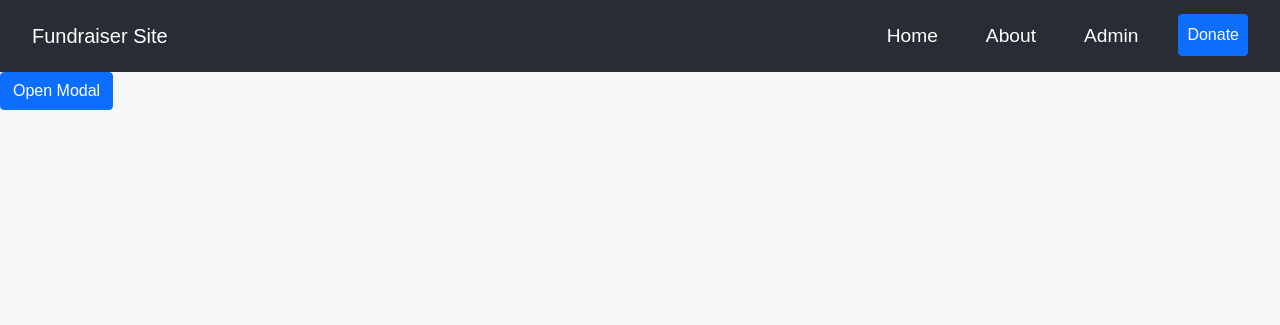
Repository: DragonFruit8/Fundraiser-Page
Page: /
An editor plug-in stored every save of this project. The page is shown before and after a run of saves, followed by the edit.
The browser window is 1280 px wide. The pictures show the whole page.
The project was rebuilt for these pictures with package versions that can differ from the ones it lists, and the page was loaded fresh each time. Also part of the build but not shown: src/pages/About.js, src/pages/Donate.js, src/pages/Admin.js.

Above is the page before, as saved 2024-07-19 14:12:54.

### public/index.html
<!DOCTYPE html>
<html lang="en">
  <head>
    <meta charset="utf-8" />
    <link rel="icon" href="%PUBLIC_URL%/favicon.ico" />
    <meta name="viewport" content="width=device-width, initial-scale=1" />
    <meta name="theme-color" content="#000000" />
    <meta
      name="description"
      content="Web site created using create-react-app"
    />
    <link rel="apple-touch-icon" href="%PUBLIC_URL%/logo192.png" />
    <link
      href="https://cdn.jsdelivr.net/npm/bootstrap@5.0.2/dist/css/bootstrap.min.css"
      rel="stylesheet"
      integrity="sha384-EVSTQN3/azprG1Anm3QDgpJLIm9Nao0Yz1ztcQTwFspd3yD65VohhpuuCOmLASjC"
      crossorigin="anonymous"
    />
    <!--
      manifest.json provides metadata used when your web app is installed on a
      user's mobile device or desktop. See https://developers.google.com/web/fundamentals/web-app-manifest/
    -->
    <link rel="manifest" href="%PUBLIC_URL%/manifest.json" />
    <!--
      Notice the use of %PUBLIC_URL% in the tags above.
      It will be replaced with the URL of the `public` folder during the build.
      Only files inside the `public` folder can be referenced from the HTML.

      Unlike "/favicon.ico" or "favicon.ico", "%PUBLIC_URL%/favicon.ico" will
      work correctly both with client-side routing and a non-root public URL.
      Learn how to configure a non-root public URL by running `npm run build`.
    -->
    <title>React App</title>
  </head>
  <body>
    <noscript>You need to enable JavaScript to run this app.</noscript>
    <div id="root"></div>
    <!--
      This HTML file is a template.
      If you open it directly in the browser, you will see an empty page.

      You can add webfonts, meta tags, or analytics to this file.
      The build step will place the bundled scripts into the <body> tag.

      To begin the development, run `npm start` or `yarn start`.
      To create a production bundle, use `npm run build` or `yarn build`.
    -->
    <script
      src="https://cdn.jsdelivr.net/npm/bootstrap@5.0.2/dist/js/bootstrap.bundle.min.js"
      integrity="sha384-MrcW6ZMFYlzcLA8Nl+NtUVF0sA7MsXsP1UyJoMp4YLEuNSfAP+JcXn/tWtIaxVXM"
      crossorigin="anonymous"
    ></script>
    <script
      src="https://cdn.jsdelivr.net/npm/@popperjs/core@2.9.2/dist/umd/popper.min.js"
      integrity="sha384-IQsoLXl5PILFhosVNubq5LC7Qb9DXgDA9i+tQ8Zj3iwWAwPtgFTxbJ8NT4GN1R8p"
      crossorigin="anonymous"
    ></script>
    <script
      src="https://cdn.jsdelivr.net/npm/bootstrap@5.0.2/dist/js/bootstrap.min.js"
      integrity="sha384-cVKIPhGWiC2Al4u+LWgxfKTRIcfu0JTxR+EQDz/bgldoEyl4H0zUF0QKbrJ0EcQF"
      crossorigin="anonymous"
    ></script>
  </body>
</html>

### src/App.js
import React from 'react';
import { BrowserRouter as Router, Route, Routes } from 'react-router-dom';
import Home from './pages/HomeContainer';
import About from './pages/About';
import Donate from './pages/Donate';
import Admin from './pages/Admin';
import GlobalStyle from './globalStyles';
import Navbar from './components/Navbar';
import './App.css';

const App = () => {
  return (
    <Router>
      <GlobalStyle />
        <Navbar />
      <Routes>
          <Route exact path="/" element={<Home />} />
          <Route path="/about" element={<About />} />
          <Route path="/donate" element={<Donate />} />
          <Route path="/admin" element={<Admin />} />
      </Routes>
    </Router>
  );
};

export default App;

### src/pages/HomeContainer.js

import React, { useState } from 'react';


const HomeContainer = () => {
    const [residentialInfo, setResidentialInfo] = useState({
        name: '',
        email: '',
        address: '',
        city: '',
        state: '',
        zipCode: ''
    });

    const handleChange = (e) => {
        setResidentialInfo({
            ...residentialInfo,
            [e.target.name]: e.target.value
        });
    };

    const handleSubmit = (e) => {
        e.preventDefault();
        // Send residentialInfo to the association for neighbors
        console.log(residentialInfo);
        // Reset the form
        setResidentialInfo({
            name: '',
            email: '',
            address: '',
            city: '',
            state: '',
            zipCode: ''
        });
    };

    return (
        <div>
            <button type="button" className="btn btn-primary" data-bs-toggle="modal" data-bs-target="#exampleModal">
                Open Modal
            </button>

            <div className="modal fade" id="exampleModal" tabIndex="-1" aria-labelledby="exampleModalLabel" aria-hidden="true">
                <div className="modal-dialog">
                    <div className="modal-content">
                        <div className="modal-header">
                            <h5 className="modal-title" id="exampleModalLabel">Welcome to the Fundraiser Site</h5>
                            <button type="button" className="btn-close" data-bs-dismiss="modal" aria-label="Close"></button>
                        </div>
                        <div className="modal-body">
                            <p className="lead">Donate to our cause and help us make the world a better place.</p>
                            {/* A note for the resident */}
                            <div className="alert alert-info mt-4" role="alert">
                                <h4 className="alert-heading">Note for the Resident</h4>
                                <p>
                                    Please provide your residential information so we can keep you updated on our fundraising events.
                                </p>
                            </div>
                            <div className="card mt-4">
                                <div className="card-body">
                                    <h5 className="card-title">Join our Community of Helpful individuals</h5>
                                    <form onSubmit={handleSubmit}>
                                        <div className="mb-3">
                                            <label htmlFor="name" className="form-label">Name</label>
                                            <input type="text" className="form-control" id="name" placeholder="Enter your name" />
                                        </div>
                                        <div className="mb-3">
                                            <label htmlFor="email" className="form-label">Email</label>
                                            <input type="email" className="form-control" id="email" placeholder="Enter your email" />
                                        </div>
                                        <div className="mb-3">
                                            <label htmlFor="address" className="form-label">Address</label>
                                            <input type="text" className="form-control" id="address" name="address" value={residentialInfo.address} onChange={handleChange} placeholder="Enter your address" />
                                        </div>
                                        <div className="mb-3">
                                            <label htmlFor="city" className="form-label">City</label>
                                            <input type="text" className="form-control" id="city" name="city" value={residentialInfo.city} onChange={handleChange} placeholder="Enter your city" />
                                        </div>
                                        <div className="mb-3">
                                            <label htmlFor="state" className="form-label">State</label>
                                            <input type="text" className="form-control" id="state" name="state" value={residentialInfo.state} onChange={handleChange} placeholder="Enter your state" />
                                        </div>
                                        <div className="mb-3">
                                            <label htmlFor="zipCode" className="form-label">Zip Code</label>
                                            <input type="text" className="form-control" id="zipCode" name="zipCode" value={residentialInfo.zipCode} onChange={handleChange} placeholder="Enter your zip code" />
                                        </div>
                                        <button type="submit" className="btn btn-primary">Submit</button>
                                    </form>
                                </div>
                            </div>
                        </div>
                    </div>
                </div>
            </div>
        </div>
    );
    };


export default HomeContainer;

### src/globalStyles.js
import { createGlobalStyle } from 'styled-components';

const GlobalStyle = createGlobalStyle`
  body {
    margin: 0;
    padding: 0;
    font-family: 'Arial', sans-serif;
    background-color: #f7f7f7;
  }

  nav {
    background-color: #333;
    padding: 1rem;
    display: flex;
    justify-content: center;
  }

  nav a {
    color: #fff;
    margin: 0 1rem;
    text-decoration: none;
    font-size: 1.2rem;
  }

  nav a:hover {
    text-decoration: underline;
  }

  .container {
    max-width: 1200px;
    margin: 0 auto;
    padding: 2rem;
    background-color: #fff;
    box-shadow: 0 0 10px rgba(0, 0, 0, 0.1);
    border-radius: 10px;
  }

  h1 {
    color: #333;
  }

  button {
    background-color: #007BFF;
    color: #fff;
    border: none;
    padding: 0.5rem 1rem;
    font-size: 1rem;
    border-radius: 5px;
    cursor: pointer;
  }

  button:hover {
    background-color: #0056b3;
  }

  input {
    padding: 0.5rem;
    font-size: 1rem;
    margin-right: 0.5rem;
    border-radius: 5px;
    border: 1px solid #ccc;
  }
`;

export default GlobalStyle;

### src/components/Navbar.js
import React from 'react';
import { Link } from 'react-router-dom';

const Navbar = () => {
    return (
        <nav className="navbar navbar-expand-lg text-white">

                <Link className="navbar-brand" to="/">Fundraiser Site</Link>
                <button className="navbar-toggler" type="button" data-bs-toggle="collapse" data-bs-target="#navbarNav" aria-controls="navbarNav" aria-expanded="false" aria-label="Toggle navigation">
                    <span className="navbar-toggler-icon"></span>
                </button>
                <div className="collapse navbar-collapse" id="navbarNav">
                    <ul className="navbar-nav ms-auto">
                        <li className="nav-item">
                            <Link className="nav-link" to="/">Home</Link>
                        </li>
                        <li className="nav-item">
                            <Link className="nav-link" to="/about">About</Link>
                        </li>
                        <li className="nav-item">
                            <Link className="nav-link" to="/admin">Admin</Link>
                        </li>
                        <li className="nav-item">
                            <Link className="nav-link btn btn-primary text-white" to="/donate">Donate</Link>
                        </li>
                    </ul>
                </div>
        </nav>
    );
}

export default Navbar;

### src/App.css
.App {
  text-align: center;
}

.App-logo {
  height: 40vmin;
  pointer-events: none;
}

@media (prefers-reduced-motion: no-preference) {
  .App-logo {
    animation: App-logo-spin infinite 20s linear;
  }
}

.App-header {
  background-color: #282c34;
  min-height: 100vh;
  display: flex;
  flex-direction: column;
  align-items: center;
  justify-content: center;
  font-size: calc(10px + 2vmin);
  color: white;
}

.App-link {
  color: #61dafb;
}
nav.navbar {
  background-color: #282c34 !important;
  min-height: 10vh !important;
  display: flex;
  flex-direction: row;
  align-items: center;
  justify-content: center !important;
  font-size: calc(10px + 2vmin);
  color: black !important;
}
nav.navbar a {
  color: white !important;
}
nav.navbar a:hover {
  color: #61dafb !important;
}
nav.navbar a.active {
  color: #61dafb !important;
}
nav.navbar a.active:hover {
  color: white !important;
}

@keyframes App-logo-spin {
  from {
    transform: rotate(0deg);
  }
  to {
    transform: rotate(360deg);
  }
}

Loaded but not shown: src/index.js (common file); src/index.css (common file)

After the next 6 saves:
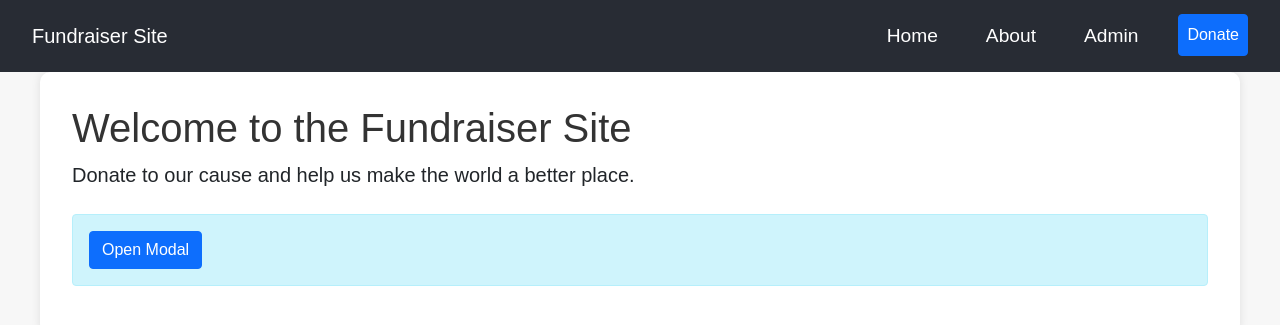
The 6 saves are shown as one change because 2 did not build or start and some came seconds apart.
The last was saved 47 s later.
--- a/src/pages/HomeContainer.js
+++ b/src/pages/HomeContainer.js
@@ -35,10 +35,14 @@ const HomeContainer = () => {
     };
 
     return (
-        <div>
+        <div className="container">
+            <h1>Welcome to the Fundraiser Site</h1>
+            <p className="lead">Donate to our cause and help us make the world a better place.</p>
+            <div className="alert alert-info mt-4" role="alert">
             <button type="button" className="btn btn-primary" data-bs-toggle="modal" data-bs-target="#exampleModal">
                 Open Modal
-            </button>
+                </button>
+            </div>
 
             <div className="modal fade" id="exampleModal" tabIndex="-1" aria-labelledby="exampleModalLabel" aria-hidden="true">
                 <div className="modal-dialog">
